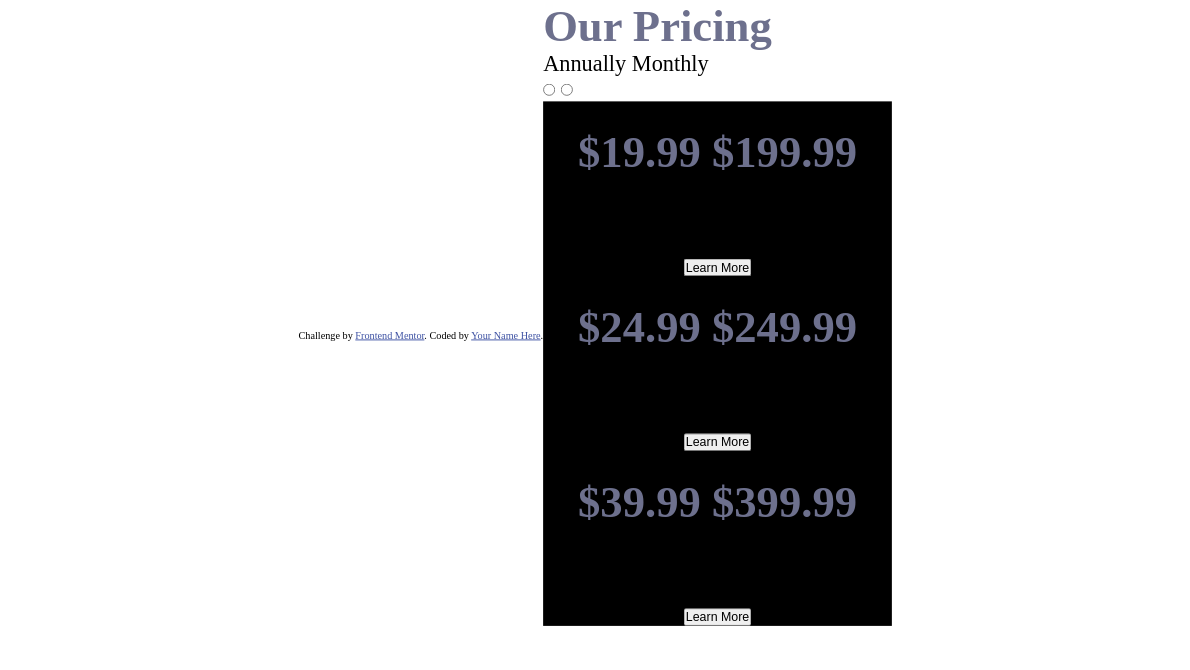
Repository: JuzzJoel/pricing-component-with-toggle-master
Page: index.html
An editor plug-in stored every save of this project. The page is shown before and after the next save, followed by the edit.
The browser window is 1280 px wide. The pictures show the whole page, at 93% of full size.

Above is the page before, as saved 2025-05-24 08:10:33.

### index.html
<!DOCTYPE html>
<html lang="en">
<head>
  <meta charset="UTF-8">
  <meta name="viewport" content="width=device-width, initial-scale=1.0"> <!-- displays site properly based on user's device -->

  <link rel="icon" type="image/png" sizes="32x32" href="./images/favicon-32x32.png">

  <title>Frontend Mentor | [pricing-component-with-toggle-master]</title>
  <style>
    :root{

--linear-gradient: hsl(236, 72%, 79%) to hsl(237, 63%, 64%);

--clr-pri: hsl(240, 78%, 98%);
--clr-pri-acc: hsl(234, 14%, 74%);
--clr-sec: hsl(233, 13%, 49%);
--clr-sec-acc: hsl(232, 13%, 33%);
    }
*,
*::before,
*::after {
    box-sizing: border-box;
}

* {
    margin: 0;
    padding: 0;
    box-sizing: border-box;
}

    .attribution { font-size: 11px; text-align: center; }
    .attribution a { color: hsl(228, 45%, 44%); }
body{
  font-size: 0.95rem;
width: 100vw;
height: 100vh;
display: flex;
align-items: center;
justify-content: center;
}


.container{
  width: 375px;
  height: 100vh;

}
  .pricing-header{
font-size: 1.5rem;
  }
  .pricing-header h1{
    color: var(--clr-sec);

  }
    .toggle-box{}

     .toggle-container{}

       .pricing{}

     .toggle-slider{

     }
   .content-body{
    display: flex;
    flex-direction: column;
    background: #000;

   }
   .content{
    display: flex;
    flex-direction: column;
    justify-content: space-evenly;
   }
   .card-container{
    display: flex;
    flex-direction: column;
    align-items: center;
   }
        .card{
          display: flex;
          flex-direction: column;
          align-items: center;
          width: 90%;
          height: 90%;
        }
          .rows-head{
            height: 35%;
          }

          .rows{
            height: 15%;
            border: 1px solid black;
          }
          .rows-button{
            height: 25%;
          }
  button{
    width: 100%;
    display: flex;
    align-items: center;
    justify-content: center;
  }

          @media(min-width:1440px){
            .content{
              flex-direction: row;
              justify-content: space-between;
             }
          }
  </style>
</head>
<body>
  <div class="attribution">
    Challenge by <a href="https://www.frontendmentor.io?ref=challenge" target="_blank">Frontend Mentor</a>.
    Coded by <a href="#">Your Name Here</a>.
  </div>


  <div class="container">
    <div class="pricing-header">
      <h1>Our Pricing</h1>
      <div class="toggle-box">
        Annually
        Monthly
        <div class="toggle-container">

          <input type="radio" class="pricing" id="price-annnual">
          <label for=""></label>

          <input type="radio" class="pricing" id="price-month">
          <label for=""></label>

          <div class="toggle-slider"></div>
        </div>
      </div>
      <div class="content-body">
        <div class="content">
          <div class="card-container">
<div class="card">
            <div class="rows-head">Basic
         <h1>   &dollar;19.99
            &dollar;199.99</h1>
          </div>
            <div class="rows">500 GB Storage</div>
            <div class="rows">2 Users Allowed</div>
            <div class="rows">Send up to 3 GB</div>
            <div class="rows-button"><button>Learn More</button></div>
          </div>
          </div>

          <div class="card-container">
            <div class="card">
            <div class="rows-head">Professional
              <h1>  &dollar;24.99
            &dollar;249.99 </h1>
          </div>
            <div class="rows">1 TB Storage</div>
            <div class="rows">5 Users Allowed</div>
            <div class="rows">Send up to 10 GB</div>
            <div class="rows-button"><button>Learn More</button></div>
          </div>
          </div>
          <div class="card-container">
            <div class="card">
            <div class="rows-head">Master
              <h1>   &dollar;39.99
            &dollar;399.99</h1>
          </div>
            <div class="rows">2 TB Storage</div>
            <div class="rows">10 Users Allowed</div>
            <div class="rows">Send up to 20 GB</div>
            <div class="rows-button"><button>Learn More</button></div>
          </div>
          </div>
        </div>
      </div>
    </div>
  </div>


</body>
</html>

After the next save:
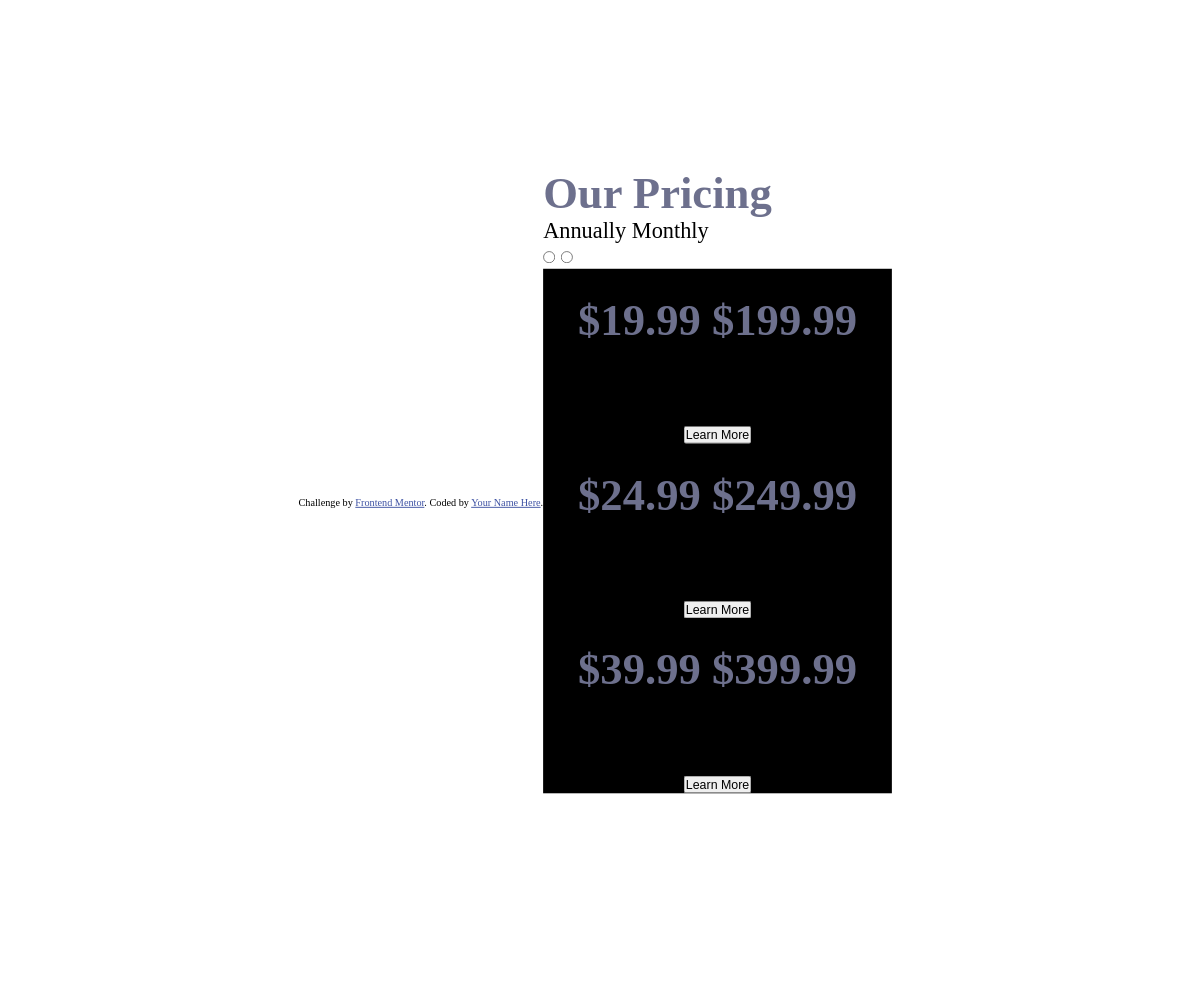
Saved 26 s later.
--- a/index.html
+++ b/index.html
@@ -34,7 +34,7 @@
 body{
   font-size: 0.95rem;
 width: 100vw;
-height: 100vh;
+height: 150vh;
 display: flex;
 align-items: center;
 justify-content: center;
